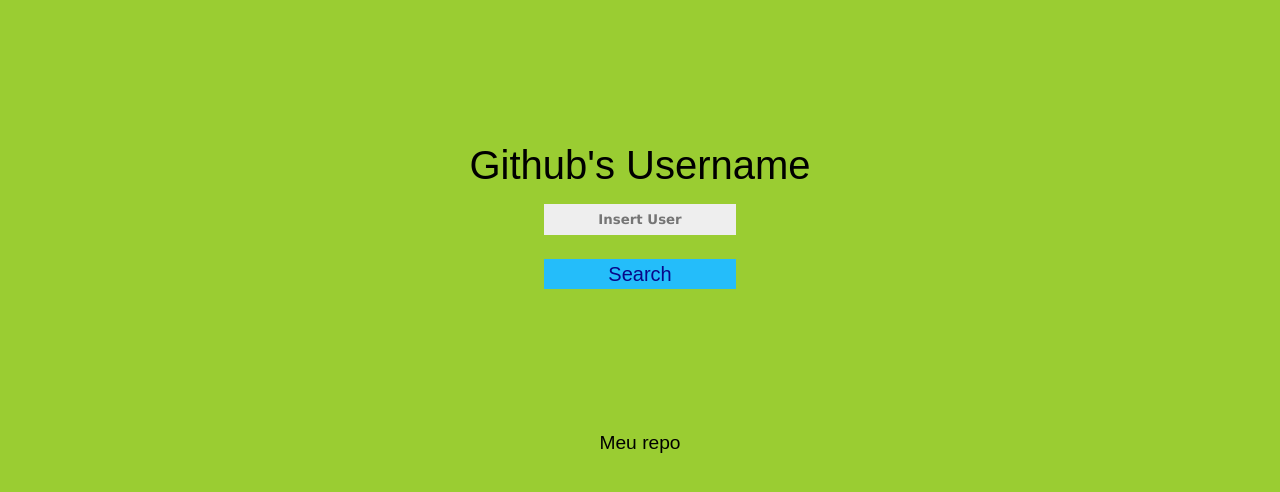
Repository: Orifiel/teste
Page: desafioMod4/desafioJavascritpt0402.html
An editor plug-in stored every save of this project. The page is shown before and after the next save, followed by the edit.
The browser window is 1280 px wide. The pictures show the whole page.
Some web fonts or font styles are not loaded; a fallback is used.

Above is the page before, as saved 2020-08-24 14:18:12.

After the next save:
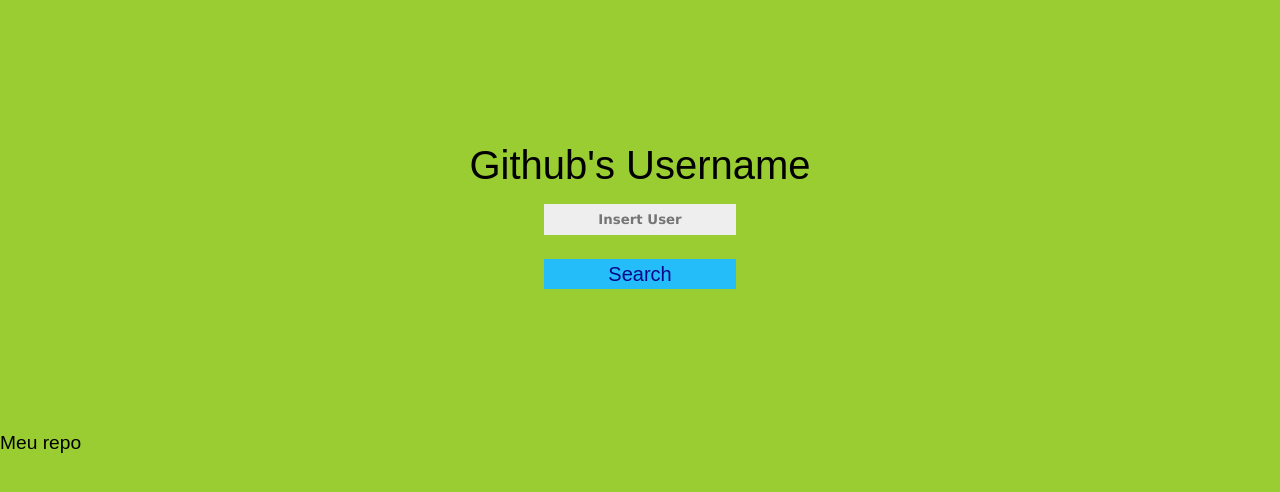
Saved 60 s later.
--- a/desafioMod4/desafioJavascritpt0402.html
+++ b/desafioMod4/desafioJavascritpt0402.html
@@ -85,7 +85,7 @@
         <input type="text" name="username" id="username" placeholder="Insert User" required>
         <button onclick='searchUserInGithub()'>Search</button>
     </div>
-    <div class="repo-container">
+    <div id="repo-container">
         <ul id="respositorys">
 
             <li class="repose">Meu repo</li>

After the 2 saves that followed:
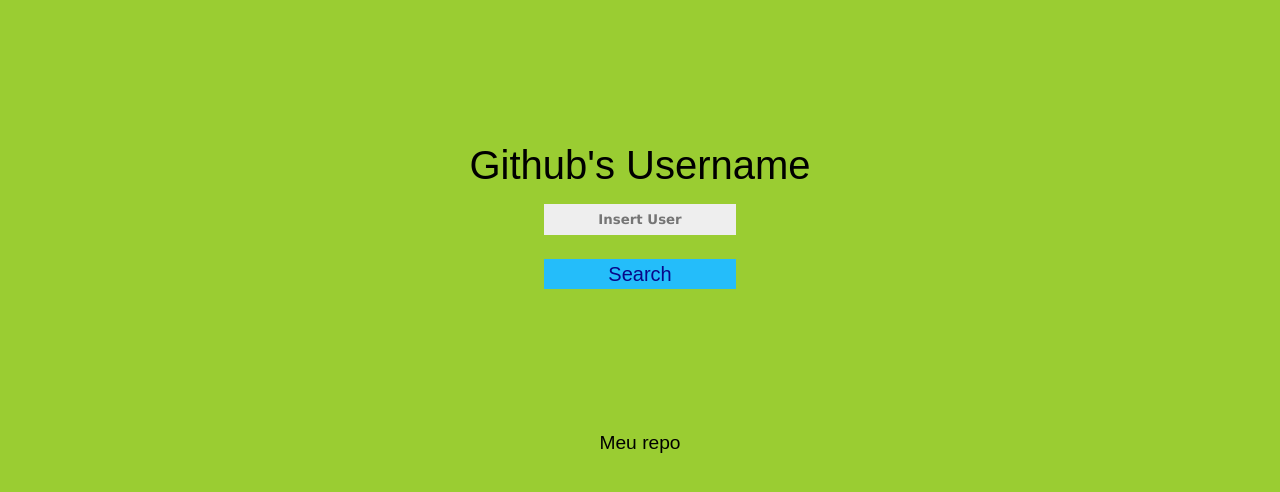
The 2 saves are shown as one change because 1 left the picture as it was.
The last was saved 54 s later.
--- a/desafioMod4/desafioJavascritpt0402.html
+++ b/desafioMod4/desafioJavascritpt0402.html
@@ -62,7 +62,7 @@
         width: 13rem;
         }
 
-    .repo-container{
+    #repo-container{
         display: flex;
         flex-direction: column;
         width: 70vw;
--- a/desafioMod4/desafioJavascritpt0402.js
+++ b/desafioMod4/desafioJavascritpt0402.js
@@ -20,6 +20,7 @@
 
 function searchUserInGithub(){
     const username = document.querySelector('#username').value
+    const lista = document.querySelector('#repo-container')
     const listRepo = document.querySelector('#respositorys')
     axios.get(`https://api.github.com/users/${username}/repos`)
     .then(function(response){
@@ -27,7 +28,7 @@
             for (repo of response.data) {
             const listReposit = document.createElement('li')
             listReposit.classList.add('repose')
-            listReposit.TEXT_NODE = repo.name
+            listReposit.textContent = repo.name
             listRepo.appendChild(listReposit)
          }
     })
